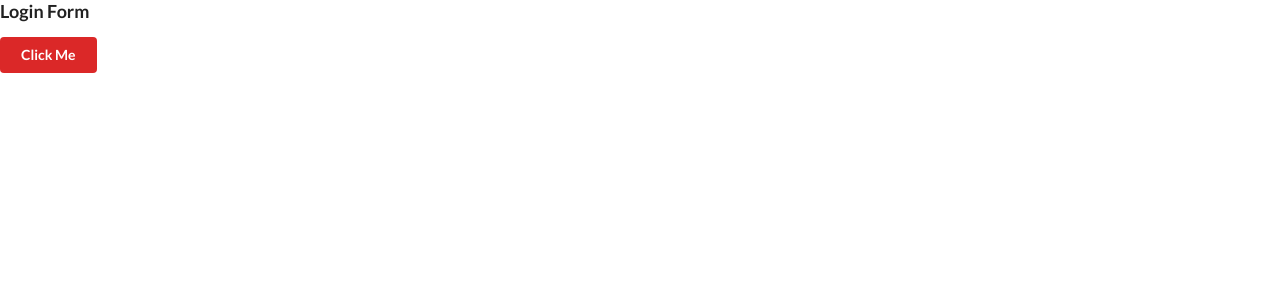
Repository: anagarango/dai-week4-assignment
Page: / (app in dai_web_ex/)
An editor plug-in stored every save of this project. The page is shown before and after a run of saves, followed by the edit.
The browser window is 1280 px wide. The pictures show the whole page.
The project was rebuilt for these pictures with package versions that can differ from the ones it lists, and the page was loaded fresh each time. The framework's server and built-in components were replaced by stand-ins that run in the browser. Also part of the build but not shown: dai_web_ex/next.config.js.

Above is the page before, as saved 2022-09-26 15:36:22.

After the next 2 saves:
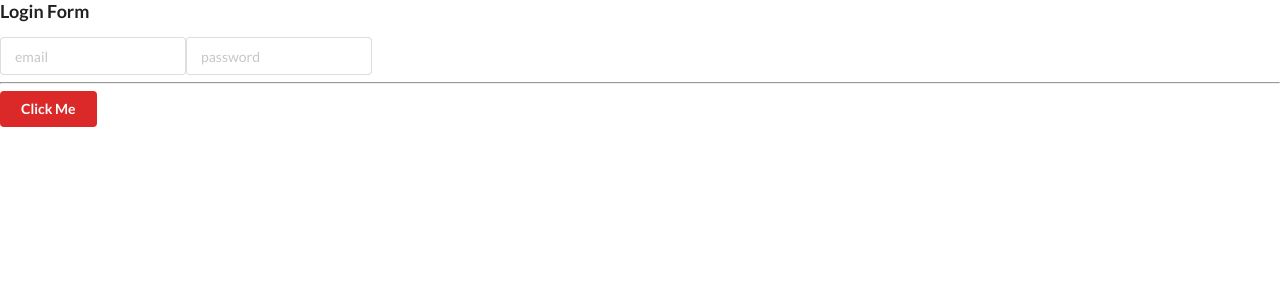
The 2 saves are shown as one change because 1 did not build or start.
The last was saved 2 min 34 s later.
--- a/dai_web_ex/comps/index.js
+++ b/dai_web_ex/comps/index.js
@@ -1,4 +1,4 @@
-import { Button, Loader } from 'semantic-ui-react'
+import { Button, Loader, Input } from 'semantic-ui-react'
 
 export default function LoginForm({
     logInState="before",
@@ -21,6 +21,9 @@ export default function LoginForm({
 
     return <div>
         <h3>Login Form</h3>
+        <Input placeholder="email"></Input>
+        <Input placeholder="password"></Input>
+        <hr></hr>
         <Button color={c} onClick={()=>Login()}>{btn_text}
         {logInState === "during" && <Loader active/>}
         </Button>
